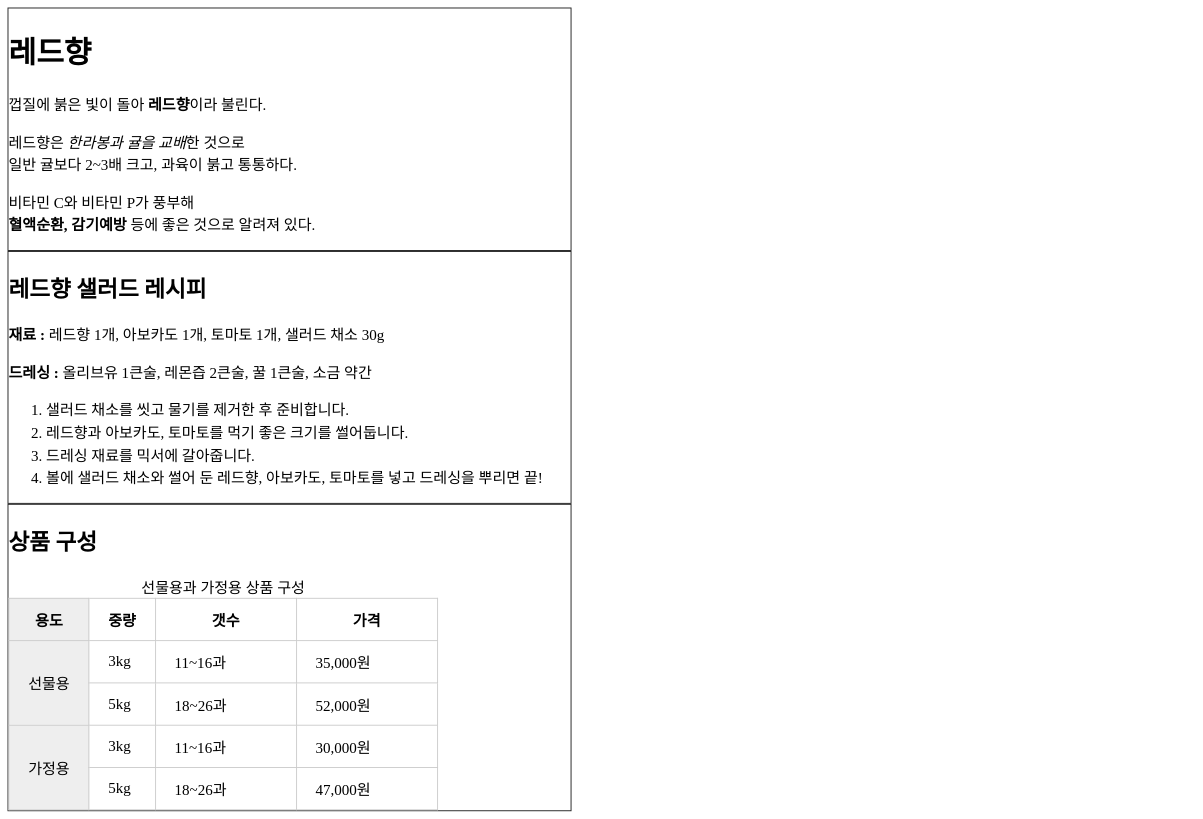
Repository: topyoungil/CodeMemories-ByJake
Page: HTML_CSS/WebContent/test/1003_css/product-result.html
An editor plug-in stored every save of this project. The page is shown before and after the next save, followed by the edit.
The browser window is 1280 px wide. The pictures show the whole page, at 94% of full size.

Above is the page before, as saved 2022-10-03 05:49:05.

### HTML_CSS/WebContent/test/1003_css/product-result.html
<!DOCTYPE html>
<html>
<head>
<meta charset="UTF-8">
<title>Insert title here</title>
<style>
	table, th, td {
		border: 1px solid #ccc;
		border-collapse: collapse;
	}

	th, td {
		padding: 10px 20px;
	}

	div {
		border: 1px solid #222;
	}

	#container {
		width: 600px;
		border: none;
	}
</style>
</head>
<body>
<div id="container">
    <div id="description">
      <h1>레드향</h1>
      <p>껍질에 붉은 빛이 돌아 <b>레드향</b>이라 불린다.</p>
      <p>레드향은 <em>한라봉과 귤을 교배</em>한 것으로<br>일반 귤보다 2~3배 크고, 과육이 붉고 통통하다.</p>
      <p>비타민 C와 비타민 P가 풍부해<br> <strong>혈액순환, 감기예방</strong> 등에 좋은 것으로 알려져 있다.</p>
    </div>
    <div id="receipe">
      <h2>레드향 샐러드 레시피</h2>
      <p><b>재료 : </b>레드향 1개, 아보카도 1개, 토마토 1개, 샐러드 채소 30g</p>
      <p><b>드레싱 : </b>올리브유 1큰술, 레몬즙 2큰술, 꿀 1큰술, 소금 약간</p>
      <ol>
        <li>샐러드 채소를 씻고 물기를 제거한 후 준비합니다.</li>
        <li>레드향과 아보카도, 토마토를 먹기 좋은 크기를 썰어둡니다.</li>
        <li>드레싱 재료를 믹서에 갈아줍니다.</li>
        <li>볼에 샐러드 채소와 썰어 둔 레드향, 아보카도, 토마토를 넣고 드레싱을 뿌리면 끝!</li>
      </ol>
    </div>
    <div id="package">
      <h2>상품 구성</h2>
      <table>
        <caption>선물용과 가정용 상품 구성</caption>
        <colgroup>
          <col style="background-color:#eee;">
          <col>
          <col span="2" style="width:150px">
        </colgroup>
        <thead>
          <tr>
            <th>용도</th>
            <th>중량</th>
            <th>갯수</t>
            <th>가격</th>
          </tr>
        </thead>
        <tbody>
          <tr>
            <td rowspan="2">선물용</td>
            <td>3kg</td>
            <td>11~16과</td>
            <td>35,000원</td>
          </tr>
          <tr>
            <td>5kg</td>
            <td>18~26과</td>
            <td>52,000원</td>
          </tr>
          <tr>
            <td rowspan="2">가정용</td>
            <td>3kg</td>
            <td>11~16과</td>
            <td>30,000원</td>
          </tr>
          <tr>
            <td>5kg</td>
            <td>18~26과</td>
            <td>47,000원</td>
          </tr>
        </tbody>
      </table>
    </div>
    </div>
</body>
</html>

After the next save:
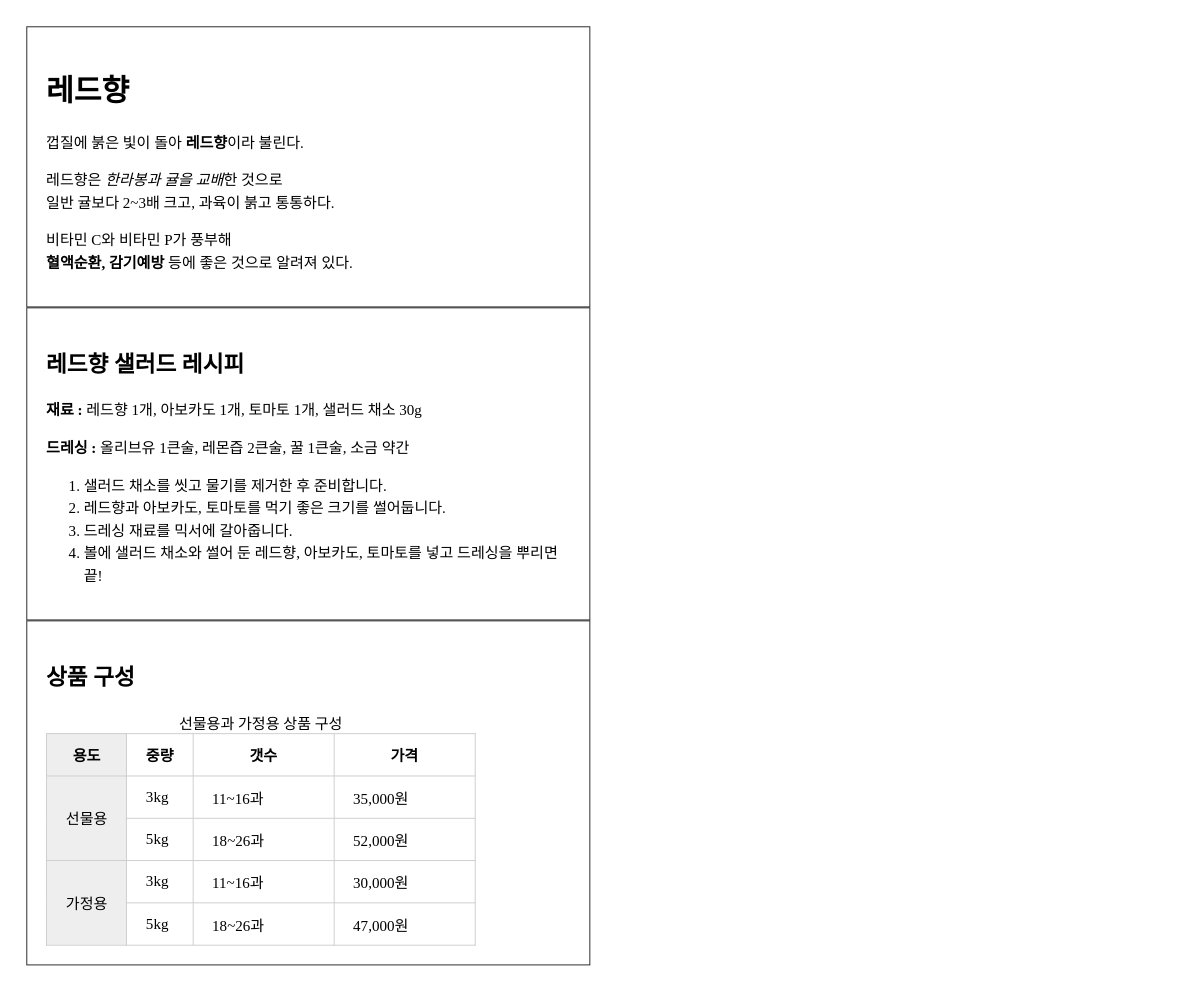
Saved 99 s later.
--- a/HTML_CSS/WebContent/test/1003_css/product-result.html
+++ b/HTML_CSS/WebContent/test/1003_css/product-result.html
@@ -15,6 +15,7 @@
 
 	div {
 		border: 1px solid #222;
+		padding: 20px
 	}
 
 	#container {
